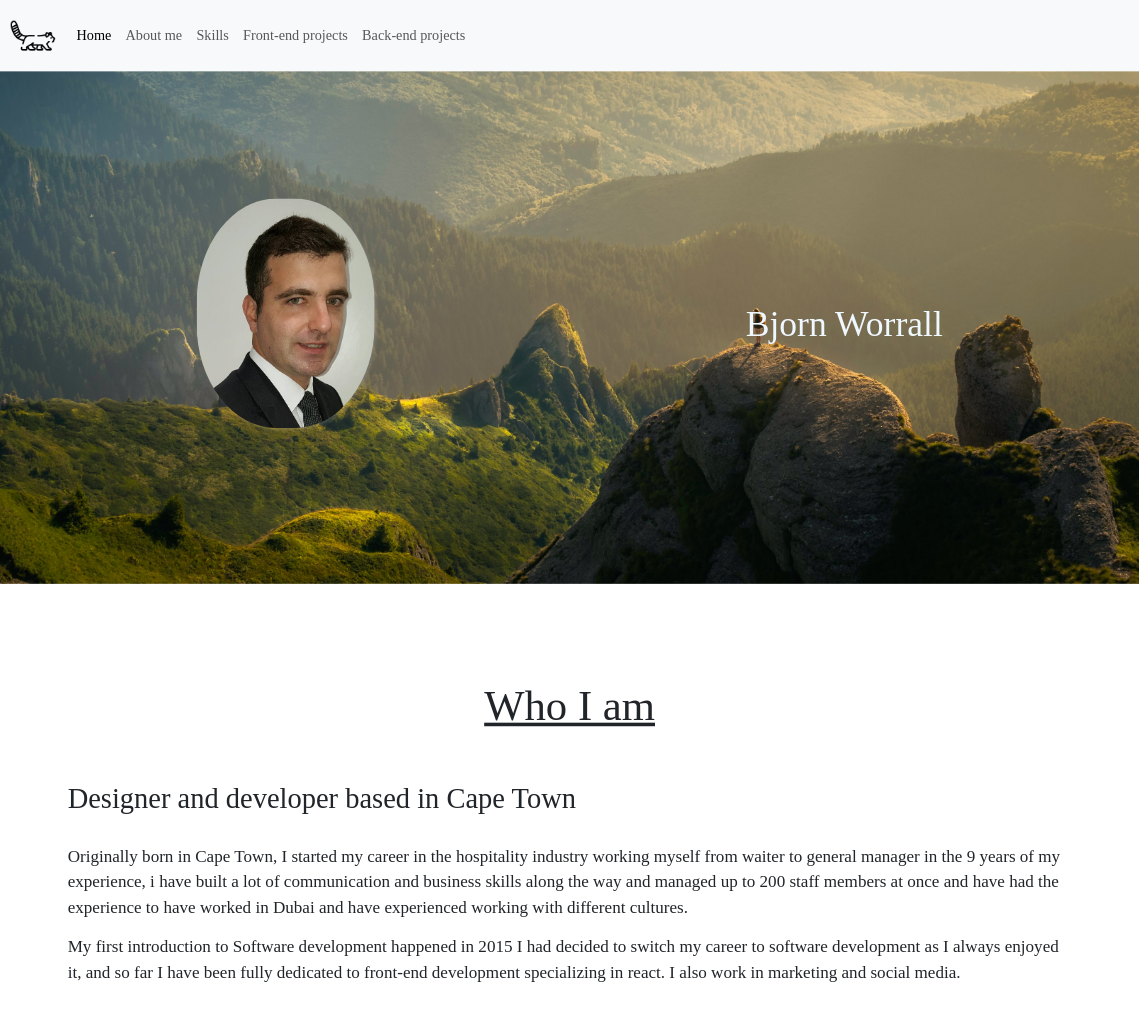
Repository: lasity34/portfolio
Page: index.html
The author's editor kept a copy of each file at every save. The page is drawn from the files as they stood at one save, then again after the next save.
The browser window is 1280 px wide. The pictures show the whole page, at 89% of full size.
Backgrounds fixed to the window are drawn as part of the page. Some web fonts or font styles are not loaded; a fallback is used.

Above is the page before, as saved 2023-03-14 08:58:48.

### index.html
<!DOCTYPE html>
<html lang="en">
  <head>
    <meta charset="UTF-8" />
    <meta http-equiv="X-UA-Compatible" content="IE=edge" />
    <meta name="viewport" content="width=device-width, initial-scale=1.0" />
    <title>Bjorn Portfolio</title>
    <link rel="preconnect" href="https://fonts.googleapis.com">
<link rel="preconnect" href="https://fonts.gstatic.com" crossorigin>

    <link
      href="https://cdn.jsdelivr.net/npm/bootstrap@5.3.0-alpha1/dist/css/bootstrap.min.css"
      rel="stylesheet"
      integrity="sha384-GLhlTQ8iRABdZLl6O3oVMWSktQOp6b7In1Zl3/Jr59b6EGGoI1aFkw7cmDA6j6gD"
      crossorigin="anonymous"
    />
    <script
      src="https://cdn.jsdelivr.net/npm/bootstrap@5.3.0-alpha1/dist/js/bootstrap.bundle.min.js"
      integrity="sha384-w76AqPfDkMBDXo30jS1Sgez6pr3x5MlQ1ZAGC+nuZB+EYdgRZgiwxhTBTkF7CXvN"
      crossorigin="anonymous"
    ></script>
    <link rel="stylesheet" type="text/css" href="styles.css" />
    <link rel="preconnect" href="https://fonts.googleapis.com">
    <link rel="preconnect" href="https://fonts.gstatic.com" crossorigin>
    <link href="https://fonts.googleapis.com/css2?family=Euphoria+Script&family=Schoolbell&display=swap" rel="stylesheet">
  </head>
  <body>
    <nav class="navbar navbar-expand-lg bg-body-tertiary">
      <div class="container-fluid d-flex justify-content-between">
        <a class="navbar-brand" href="#"
          ><img width="50" height="54" src="./Images/red-panda.png"
        /></a>
        <button
          class="navbar-toggler"
          type="button"
          data-bs-toggle="collapse"
          data-bs-target="#navbarNavAltMarkup"
          aria-controls="navbarNavAltMarkup"
          aria-expanded="false"
          aria-label="Toggle navigation"
        >
          <span class="navbar-toggler-icon"></span>
        </button>
        <div class="collapse navbar-collapse" id="navbarNavAltMarkup">
          <div class="navbar-nav" id="color">
            <a class="nav-link active" aria-current="page" href="#">Home</a>
            <a class="nav-link" href="#about_me">About me</a>
            <a class="nav-link" href="#skills">Skills</a>
            <a class="nav-link" href="#">Front-end projects</a>
            <a class="nav-link">Back-end projects</a>
          </div>
        </div>
      </div>
    </nav>
    <section class="container-fluid intro_container ">
      <div class="info_container general_container">
        <img src="./Images/profile_pic.jpg" class="img-fluid" />
        <h1>Bjorn Worrall</h1>
      </div>
    </section>
    <section class="container-fluid about_container" id="about_me">
      <div>
        <h2>Who I am</h2>
        <h5>Designer and developer based in Cape Town</h5>
        <p>
          Originally born in Cape Town, I started my career in the hospitality
          industry working myself from waiter to general manager in the 9 years
          of my experience, i have built a lot of communication and business
          skills along the way and managed up to 200 staff members at once and
          have had the experience to have worked in Dubai and have experienced
          working with different cultures.
        </p>
        <p>
          My first introduction to Software development happened in 2015 I had
          decided to switch my career to software development as I always
          enjoyed it, and so far I have been fully dedicated to front-end
          development specializing in react. I also work in marketing and social
          media.
        </p>
      </div>
    </section>
    <section id="skills">

    </section>
  </body>
</html>

### styles.css
/* global */

* {
    font-family: 'Schoolbell', cursive;
}

body, html {
  margin: 0;
}

/* nav  */





/* Intro */

.intro_container {
    background: url(./Images/profile_img.jpg) no-repeat fixed center bottom;
	background-size: cover;
    height: 80vh;
    display: flex;
    align-items: center;
    justify-content: center;
}



.info_container img {
 border-radius: 45%;
 box-shadow: 2px 2px 4px rgba(216, 207, 207, 0.2);
 width: 130px;
 margin-bottom: 2em;
}

.info_container h1 {
    color: aliceblue;
    font-size: 2.5rem;
}

.general_container {
    display: flex;
    flex-direction: column;
    align-items: center;
    width: 100%;
    height: 40vh;

}




@media (min-width: 576px) {
    .general_container {
        flex-direction: row;
        justify-content: space-around;
    }


}

@media (min-width: 768px) {
    .info_container img {
        width: 150px;

    }
}

@media (min-width: 1200px) {
    .info_container img {
        width: 200px;
    }
}


/* Description */


.about_container {
    height: 60vh;
    margin-top: 3em;
    max-width: 90%;
    display: flex;
    align-items: center;
}


#about_me h2 {
    text-align: center;
    font-size: 3rem;
    text-decoration: underline;
    padding: 1em;
}

#about_me h5 {
    font-size: 2rem;
    margin-bottom: 1em;
}

#about_me p {
        font-size: 1.2rem;
}

@media (min-width: 768px) {
    .about_container {
        height: 60vh;
    }
}

After the next save:
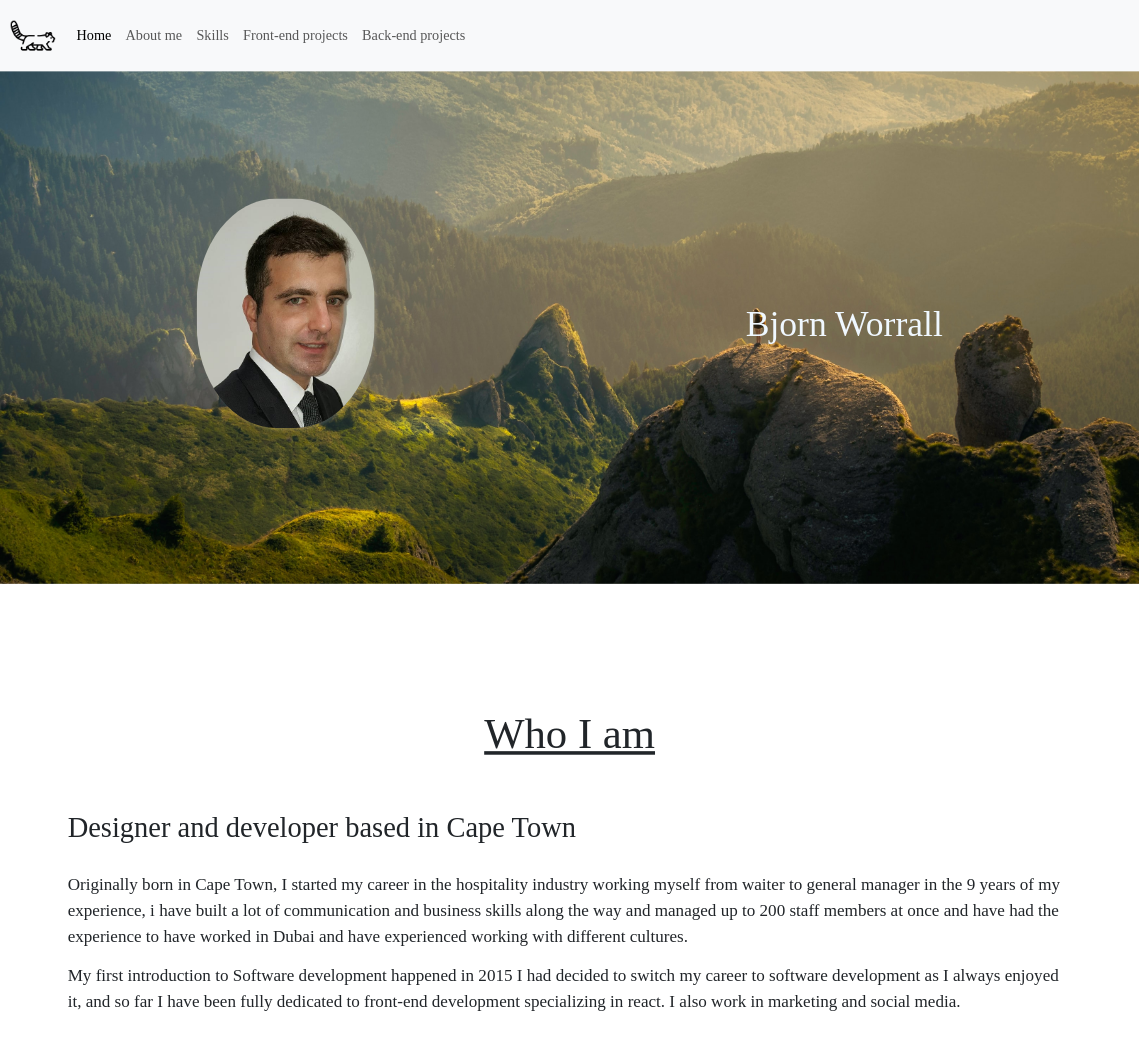
Saved 13 s later.
--- a/styles.css
+++ b/styles.css
@@ -79,7 +79,7 @@ body, html {
 
 .about_container {
     height: 60vh;
-    margin-top: 3em;
+    margin-top: 5em;
     max-width: 90%;
     display: flex;
     align-items: center;
